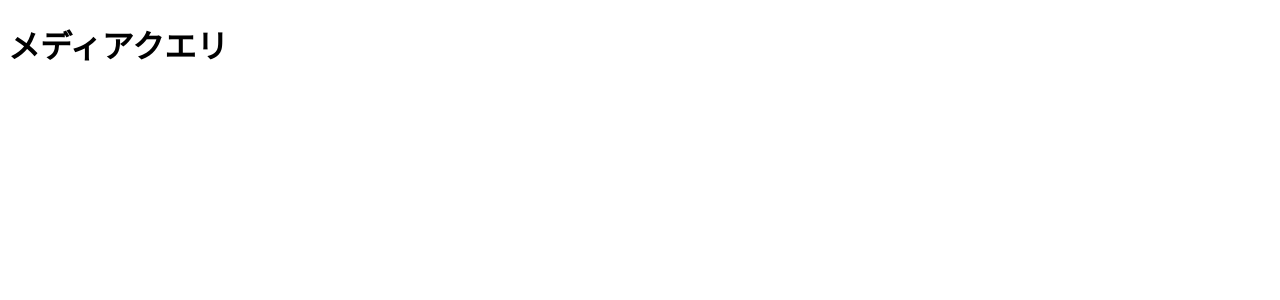
Repository: IzIzKen/samurai_HTML-CSS
Page: HTML CSSを学びWebプログラミングの第一歩を踏み出そう/16章 レスポンシブデザイン/index.html
The author's editor kept a record of every edit. The page is drawn from the files as they stood at one moment, then again after the next edit.
The browser window is 1280 px wide. The pictures show the whole page.

Above is the page before.

### HTML CSSを学びWebプログラミングの第一歩を踏み出そう/16章 レスポンシブデザイン/index.html
<!DOCTYPE html>
<html lang="ja">
<head>
    <meta charset="UTF-8" name="viewport" content="width=device-width, initial-scale=1">
    <link rel="stylesheet" href="stylesheet.css">
</head>
<body>
    <div class="media">
        <h1>メディアクエリ</h1>
    </div>
</body>
</html>

### HTML CSSを学びWebプログラミングの第一歩を踏み出そう/16章 レスポンシブデザイン/stylesheet.css
@media screen and (max-width:480px){
    .media-sp {
        background-color: red;
    }
}

@media screen and (min-width:640px){
    .media-pc {
        background-color: green;
    }
}

After the next edit:
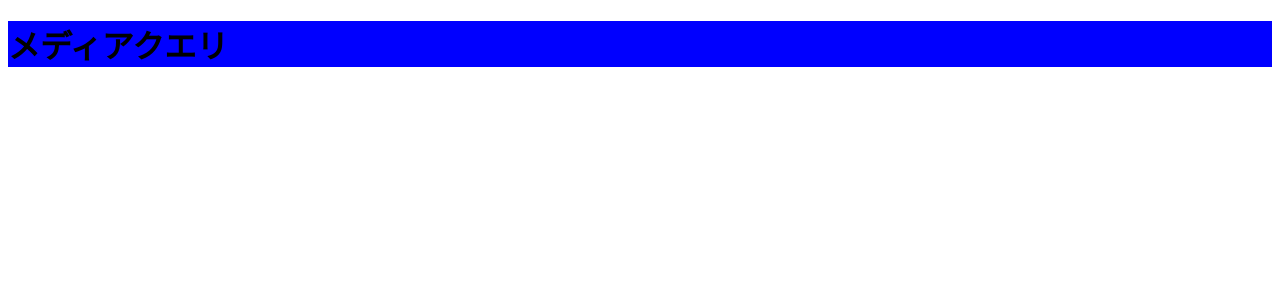
The edit:
--- a/HTML CSSを学びWebプログラミングの第一歩を踏み出そう/16章 レスポンシブデザイン/stylesheet.css
+++ b/HTML CSSを学びWebプログラミングの第一歩を踏み出そう/16章 レスポンシブデザイン/stylesheet.css
@@ -1,3 +1,7 @@
+.media {
+    background-color: blue;
+}
+
 @media screen and (max-width:480px){
     .media-sp {
         background-color: red;
